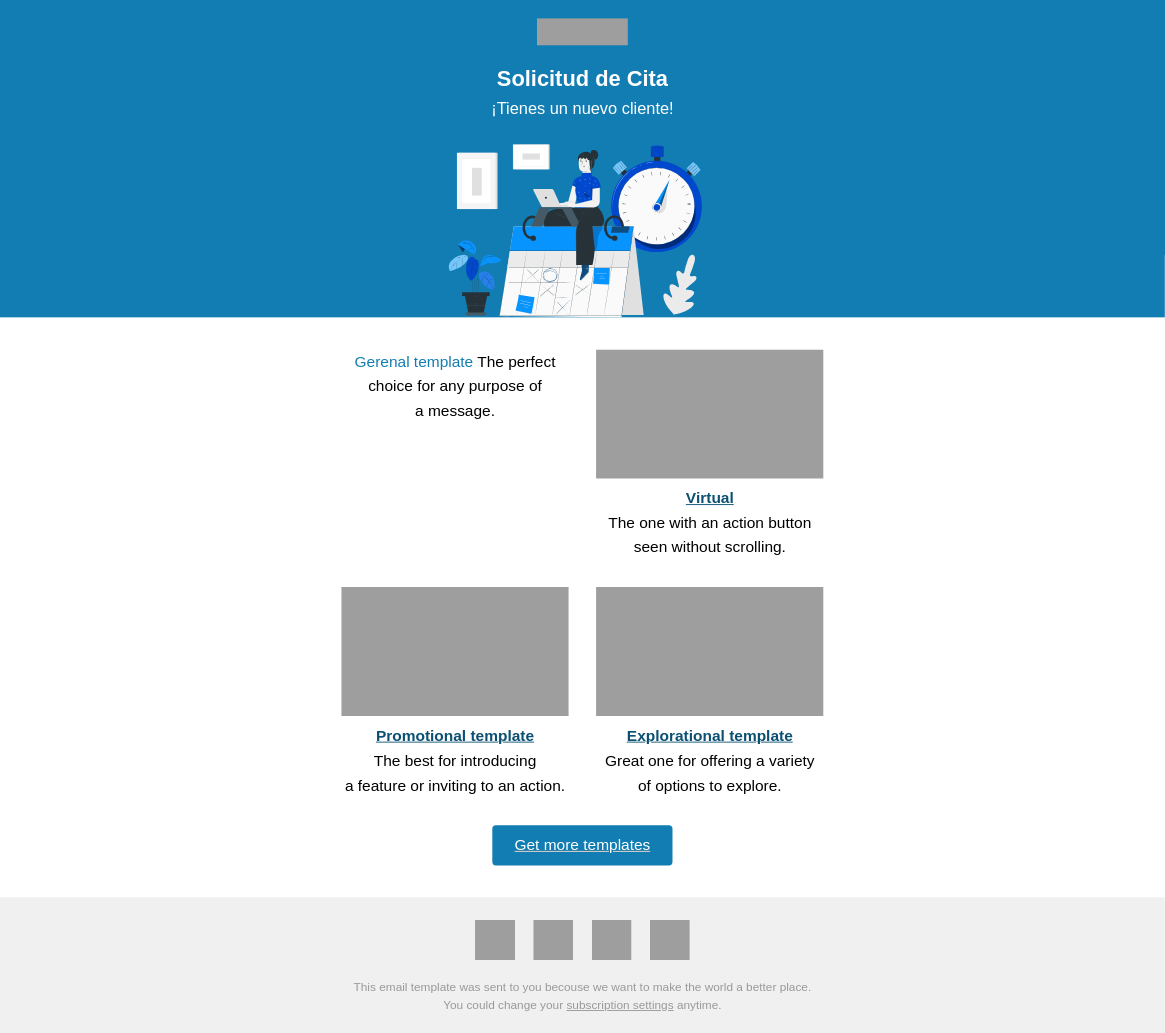
Repository: FabioMadrid/atlas_code
Page: correo_cita_vendedor.html
The author's editor kept a copy of each file at every save. The page is drawn from the files as they stood at one save, then again after the next save.
The browser window is 1280 px wide. The pictures show the whole page, at 91% of full size.
Pictures or frames that could not be fetched are drawn as grey boxes.

Above is the page before, as saved 2021-01-14 16:24:27.

After the next save:
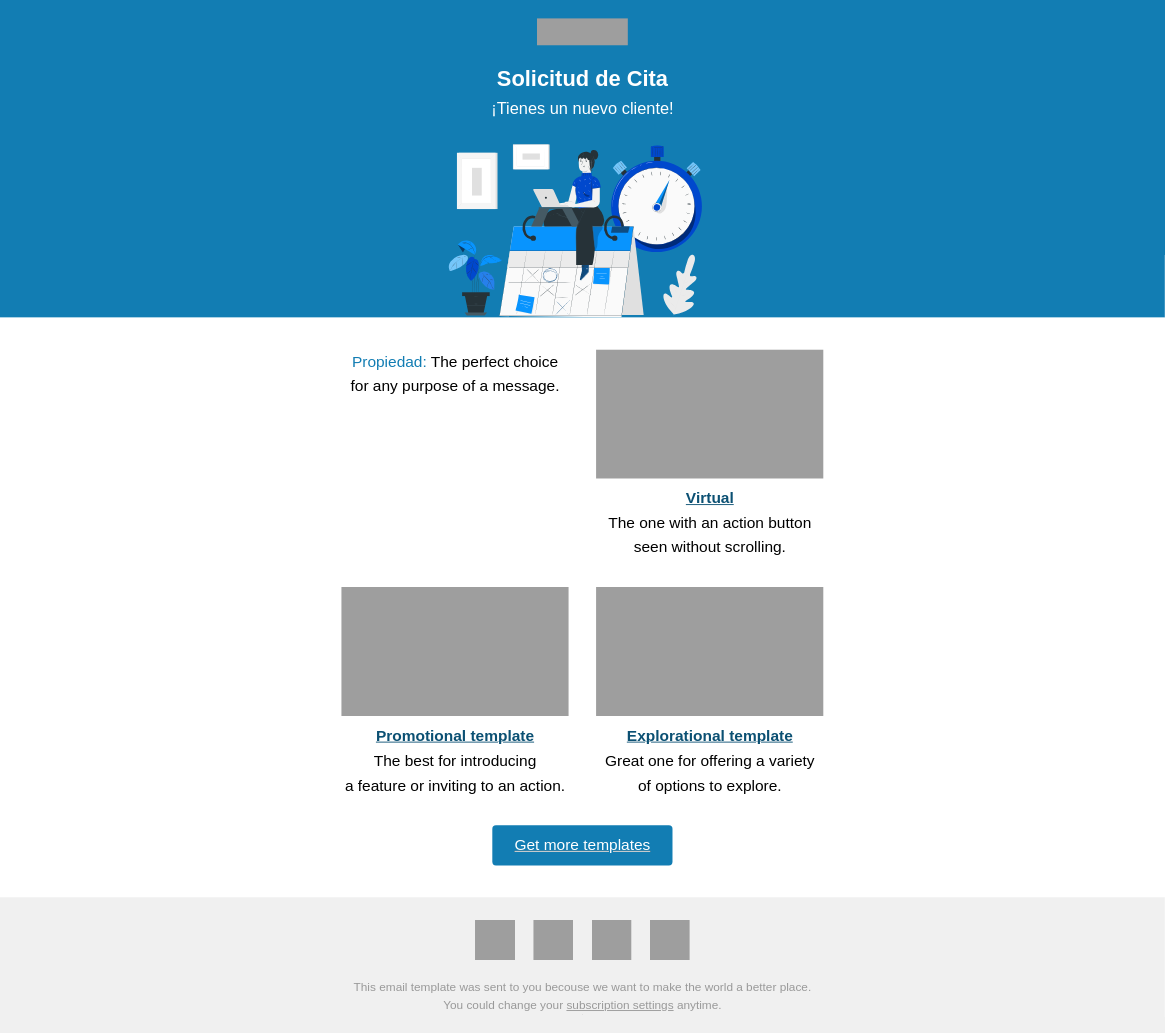
Saved 21 s later.
--- a/correo_cita_vendedor.html
+++ b/correo_cita_vendedor.html
@@ -151,7 +151,7 @@ a, a:hover {
             color: #000000;">
             <a target="_blank" style="text-decoration: none;
 			font-size: 17px; line-height: 160%;"
-			href="https://github.com/konsav/email-templates">Gerenal template</b></a>
+			href="https://github.com/konsav/email-templates">Propiedad:</b></a>
 				The&nbsp;perfect choice for any purpose of a&nbsp;message.
         </td>
     </tr>
